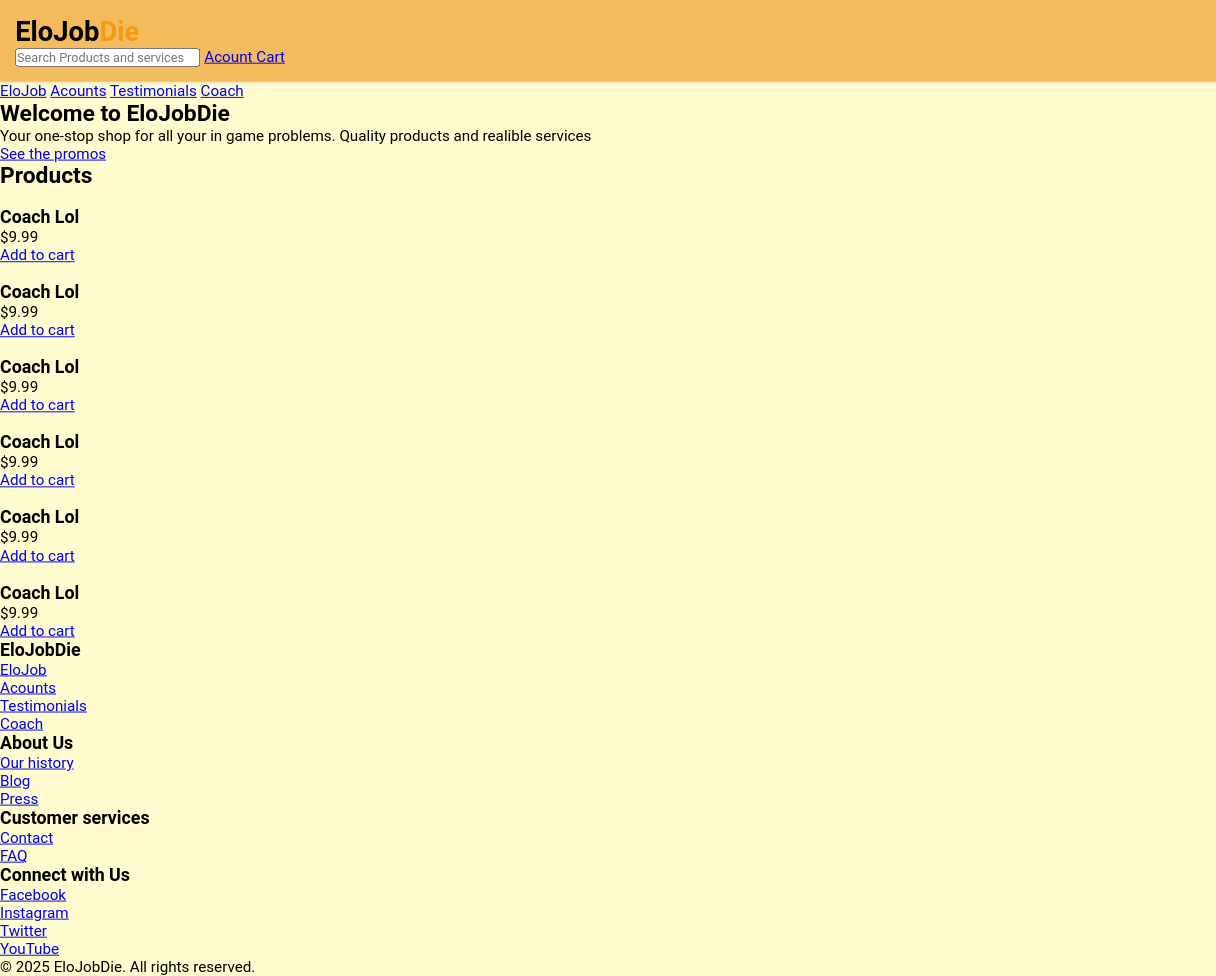
Repository: JustTheHero/web_online_store
Page: homePage.html
The author's editor kept a copy of each file at every save. The page is drawn from the files as they stood at one save, then again after the next save.
The browser window is 1280 px wide. The pictures show the whole page, at 95% of full size.

Above is the page before, as saved 2025-04-24 09:47:12.

After the next save:
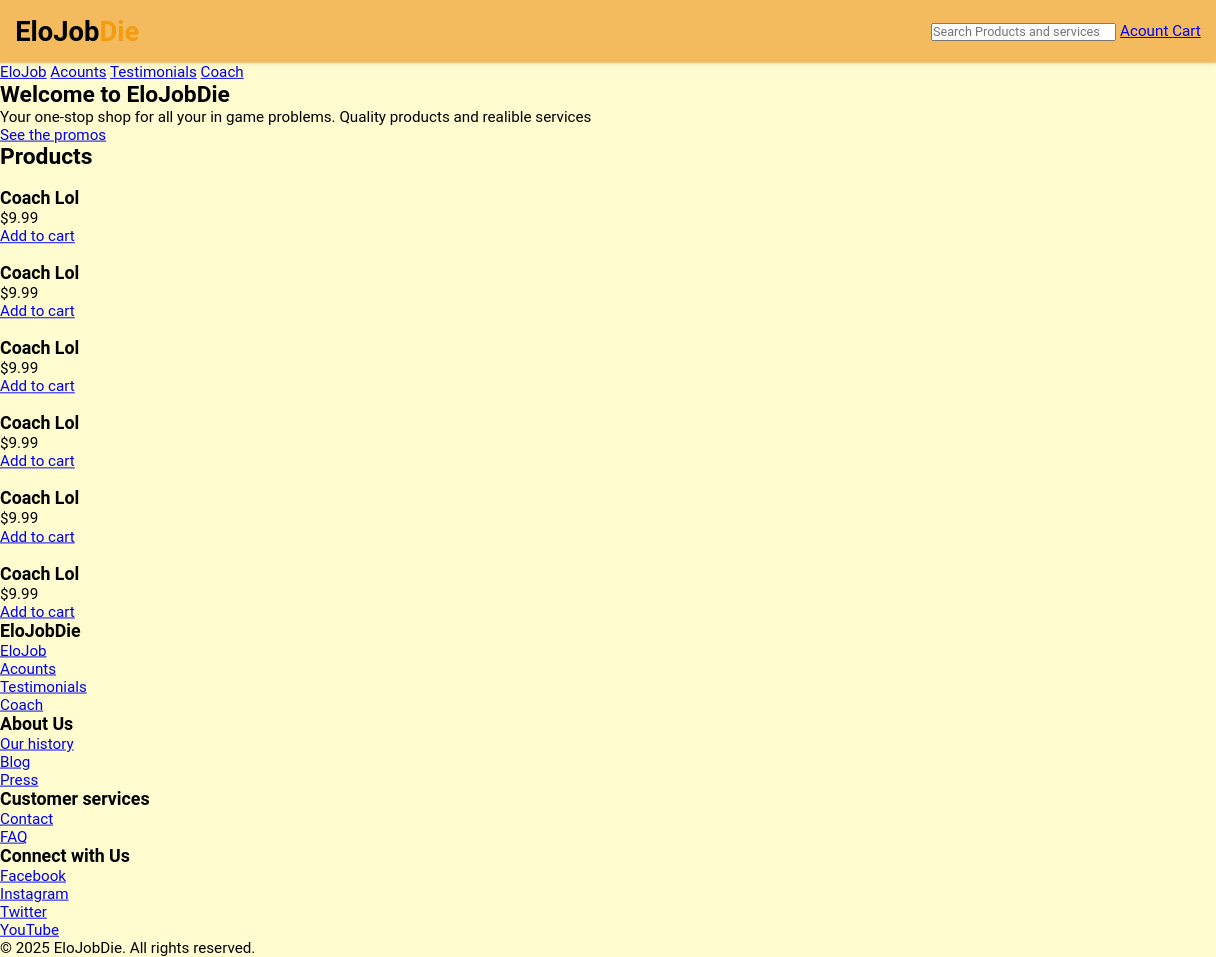
Saved 87 s later.
--- a/homePage.html
+++ b/homePage.html
@@ -27,6 +27,11 @@
             color: black;
             padding: 1rem;
             box-shadow: 0 2px 5px rgba(0, 0, 0, 0.1);
+        }
+        .container_header{
+            display: flex;
+            justify-content: space-between;
+            align-items: center;
         }
     </style>
 </head>
